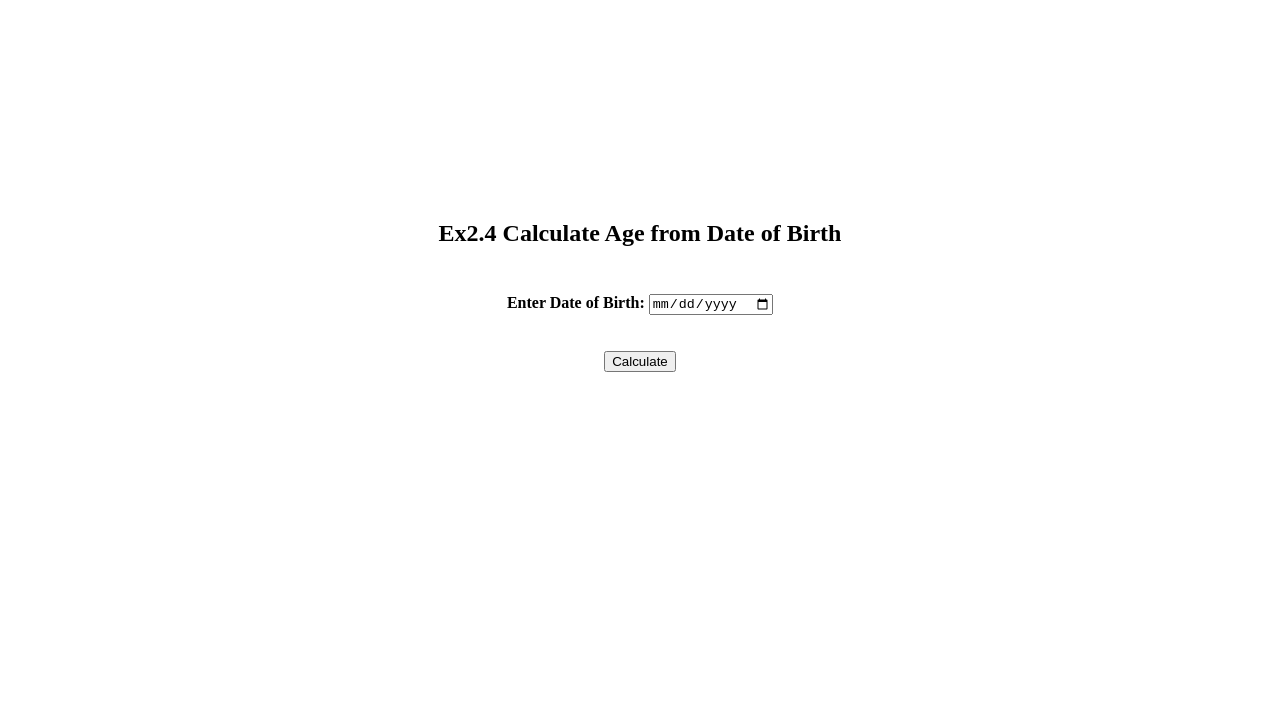
Repository: HoangDuy315/web-dev2022
Page: hw151022/ex2/ex2.4/index.html
An editor plug-in stored every save of this project. The page is shown before and after the next save, followed by the edit.
The browser window is 1280 px wide. The pictures show the whole page.

Above is the page before, as saved 2022-10-15 15:16:53.

After the next save:
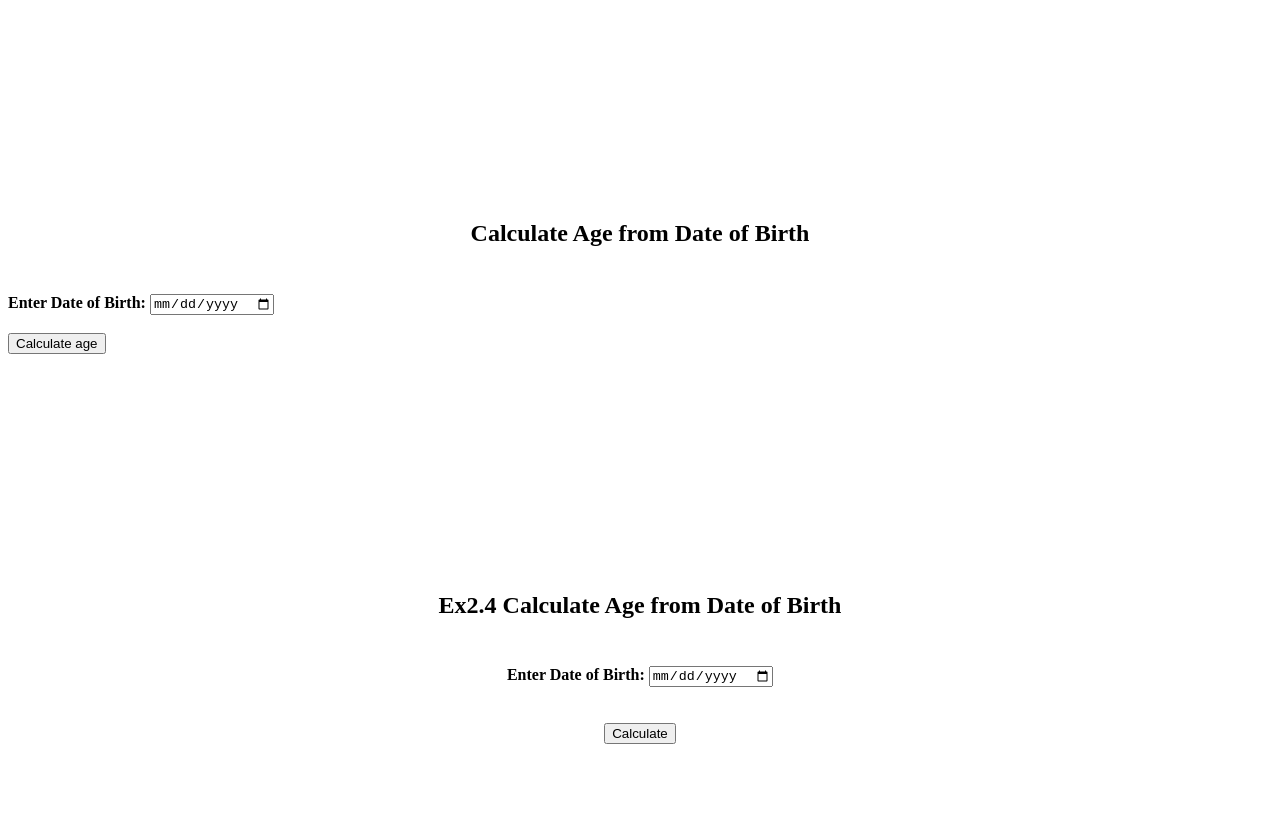
Saved 2 min 6 s later.
--- a/hw151022/ex2/ex2.4/index.html
+++ b/hw151022/ex2/ex2.4/index.html
@@ -7,33 +7,47 @@
     <link rel="stylesheet" href="./style.css">
     <title>Document</title>
 <head>
-<script>
-function ageCalculator() {
-    var userinput = document.getElementById("DOB").value;
-    var dob = new Date(userinput);
-    if(userinput==null || userinput=='') {
-      document.getElementById("message").innerHTML = "**Choose a date please!";
-      return false;
-    } else {
+    <script>
+        function ageCalculator() {
+            var userinput = document.getElementById("DOB").value;
+            var dob = new Date(userinput);
+            if(userinput==null || userinput=='') {
+              document.getElementById("message").innerHTML = "**Choose a date please!";
+              return false;
+            } else {
 
-    //calculate month difference from current date in time
-    var month_diff = Date.now() - dob.getTime();
+            //calculate month difference from current date in time
+            var month_diff = Date.now() - dob.getTime();
 
-    //convert the calculated difference in date format
-    var age_dt = new Date(month_diff);
+            //convert the calculated difference in date format
+            var age_dt = new Date(month_diff);
 
-    //extract year from date
-    var year = age_dt.getUTCFullYear();
+            //extract year from date
+            var year = age_dt.getUTCFullYear();
 
-    //now calculate the age of the user
-    var age = Math.abs(year - 1970);
+            //now calculate the age of the user
+            var age = Math.abs(year - 1970);
 
-    //display the calculated age
-    return document.getElementById("result").innerHTML =
-             "Age is: " + age + " years. ";
-    }
-}
-</script>
+            //display the calculated age
+            return document.getElementById("result").innerHTML =
+                     "Age is: " + age + " years. ";
+            }
+        }
+        </script>
+        </head>
+        <body>
+        <p class="form">
+        <h2 style="color: 32A80F" align="center"> Calculate Age from Date of Birth <br> <br> </h2>
+
+        <!-- Choose a date and enter in input field -->
+        <b> Enter Date of Birth: <input type=date id = DOB> </b>
+        <span id = "message" style="color:red"> </span> <br><br>
+
+        <!-- Choose a date and enter in input field -->
+        <button type="submit" onclick = "ageCalculator()"> Calculate age </button> <br><br>
+        <h3 style="color:32A80F" id="result" align="center"></h3>
+        </p>
+        </body>
 </head>
 <body>
 <div class="form">
